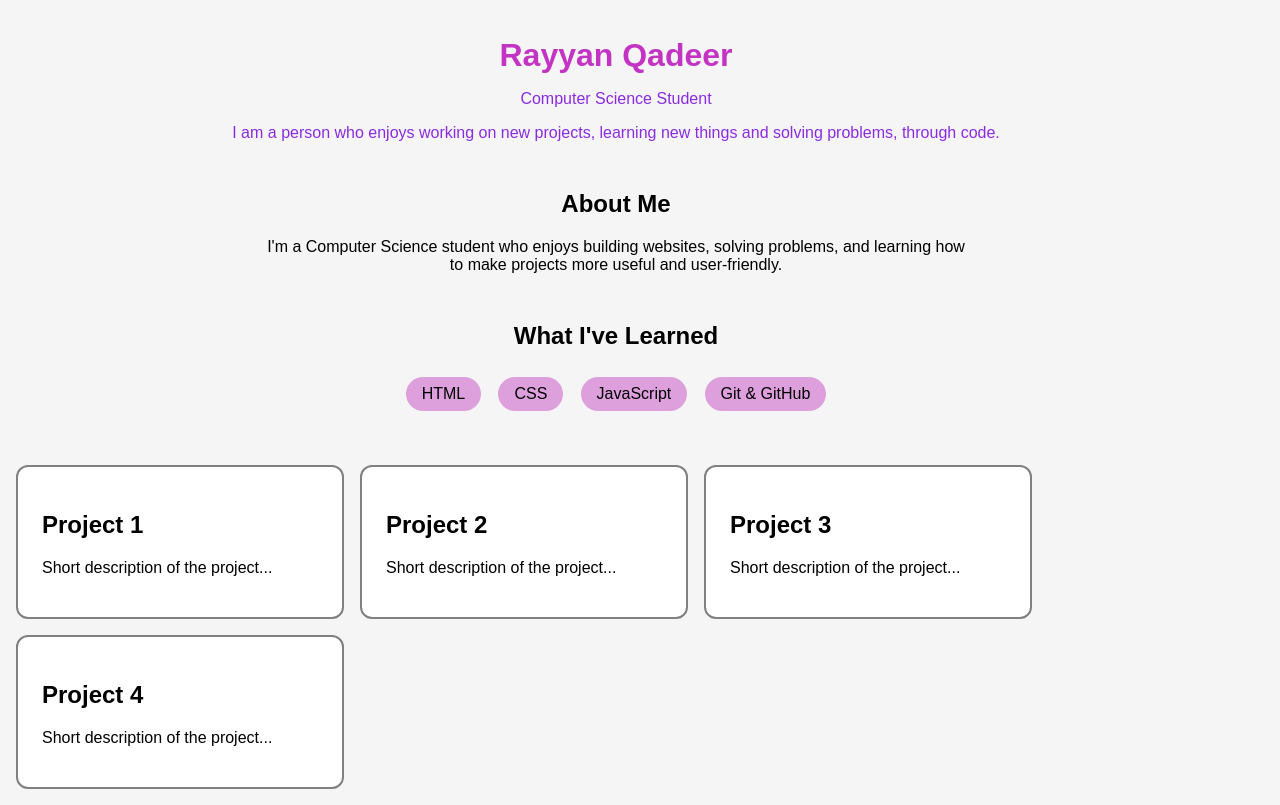
Repository: rayyan-qadeer/rayyan-qadeer
Page: index.html
The author's editor kept a copy of each file at every save. The page is drawn from the files as they stood at one save, then again after the next save.
The browser window is 1280 px wide. The pictures show the whole page.

Above is the page before, as saved 2026-05-06 03:08:15.

### index.html
<!doctype html>
<html lang="en">
  <head>
    <meta charset="UTF-8" />
    <meta name="viewport" content="width=device-width, initial-scale=1.0" />
    <title>Rayyan Qadeer Portfolio</title>
    <link rel="stylesheet" href="./styles/globals.css" />
    <link rel="stylesheet" href="./styles/index.css" />
  </head>
  <body>
    <main>
      <header>
        <h1>Rayyan Qadeer</h1>
        <p class="subtitle">Computer Science Student</p>
        <p class="description">
          I am a person who enjoys working on new projects, learning new things and solving problems, through code.
        </p>
      </header>

      <section class ="about">
        <h2>About Me</h2>
        <p>I'm a Computer Science student who enjoys building websites, solving problems, and learning how to make projects more useful and user-friendly.
        </p>
      </section>

      <section class ="skills">
        <h2>What I've Learned</h2>
        <ul>
          <li>HTML</li>
          <li>CSS</li>
          <li>JavaScript</li>
          <li>Git & GitHub</li>
        </ul>
      </section>

      <section class="projects">
        <article class="card">
          <h2>Project 1</h2>
          <p>Short description of the project...</p>
        </article>

        <article class="card">
          <h2>Project 2</h2>
          <p>Short description of the project...</p>
        </article>

        <article class="card">
          <h2>Project 3</h2>
          <p>Short description of the project...</p>
        </article>

        <article class="card">
          <h2>Project 4</h2>
          <p>Short description of the project...</p>
        </article>
      </section>
    </main>
  </body>
</html>

### styles/globals.css
body {
    margin: 0rem;
    font-family: Arial, Helvetica, sans-serif;
    background-color: whitesmoke;
    color: black;
}

### styles/index.css
main {
  padding: 1rem;
  max-width: 1200px;
  margin: 0rem;
}

header {
  text-align: center;
  margin-bottom: 2rem;
}

header h1 {
  margin-bottom: 0.5rem;
  color: rgb(196, 52, 196);
}

.subtitle {
  color: blueviolet;
  margin-bottom: 0.5rem;
}

.description {
  color: blueviolet;
}

.about,
.skills {
  text-align: center;
  max-width: 43.75rem;
  margin: 3rem auto;
}

.skills ul {
  list-style: none;
  padding: 0rem;
}

.skills li {
  display: inline-block;
  margin: 0.4rem;
  padding: 0.5rem 1rem;
  background-color: plum;
  border-radius: 1.25rem;
}

.projects {
  display: flex;
  flex-direction: column;
  gap: 1rem;
}

.card {
  background-color: white;
  padding: 1.5rem;
  border-radius: 12px;
  border: 2px solid gray;
}

.card:hover {
  transform: translateY(-4px);
  background-color: plum;
}

@media (min-width: 768px) {
  .projects {
    flex-direction: row;
    flex-wrap: wrap;
  }

  .card {
    width: 48%;
  }
}

@media (min-width: 1024px) {
  .card {
    width: 23%;
  }
}

After the next save:
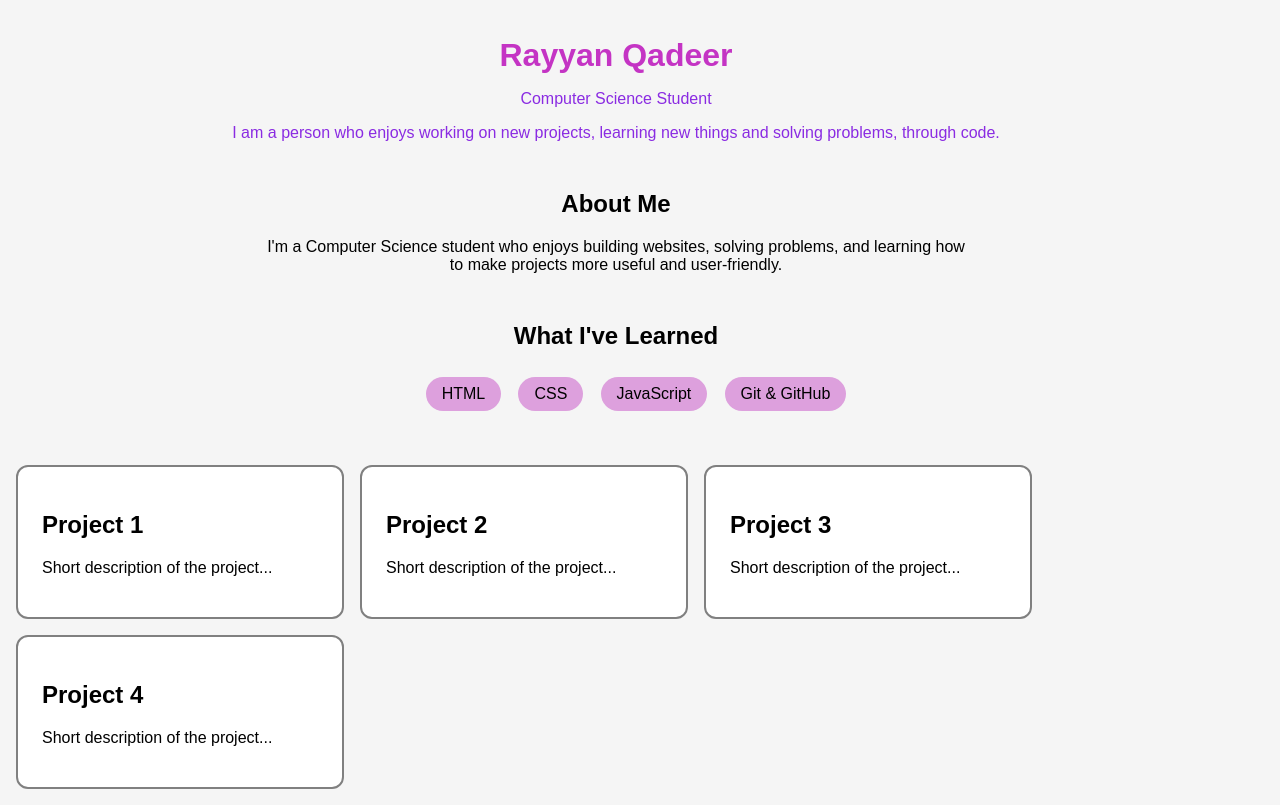
Saved 10 s later.
--- a/styles/index.css
+++ b/styles/index.css
@@ -28,11 +28,6 @@ header h1 {
   text-align: center;
   max-width: 43.75rem;
   margin: 3rem auto;
-}
-
-.skills ul {
-  list-style: none;
-  padding: 0rem;
 }
 
 .skills li {
